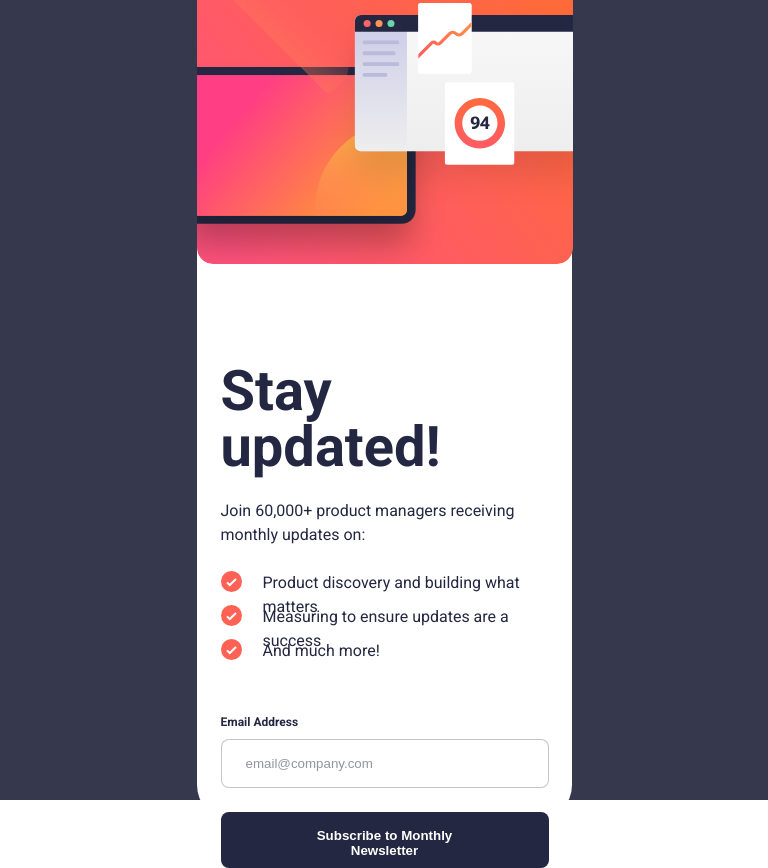
Repository: brandontaylor1/newsletter-signup
Page: index.html
The author's editor kept a copy of each file at every save. The page is drawn from the files as they stood at one save, then again after the next save.
The browser window is 768 px wide. The pictures show the whole page.

Above is the page before, as saved 2025-01-19 23:54:30.

After the next save:
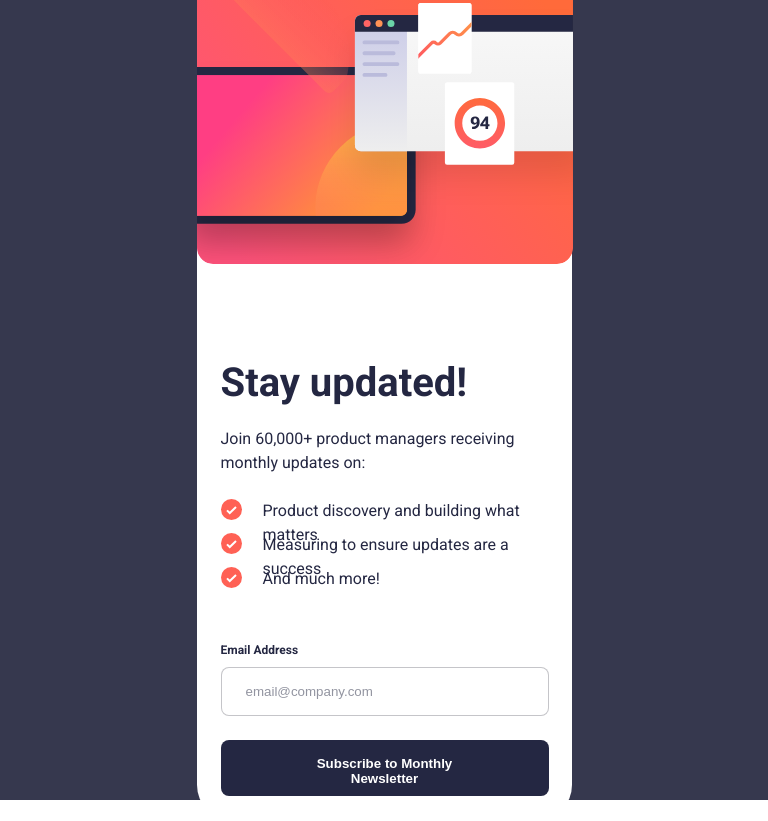
Saved 64 s later.
--- a/styles.css
+++ b/styles.css
@@ -214,6 +214,15 @@ label {
         padding: 40px 24px;
     }
 
+    .card-content-text h1 {
+        color: var(--Dark-Navy, #242742);
+        font-family: Roboto;
+        font-size: 40px;
+        font-style: normal;
+        font-weight: 700;
+        line-height: 100%; /* 40px */
+    }
+
     .card-image {
         order: 1;
     }
